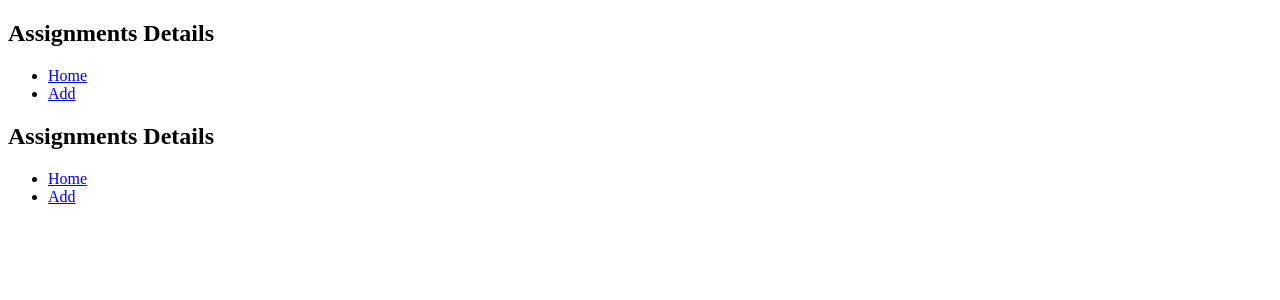
Repository: jmbburg26/ASD
Page: asdcouch/app/_attachments/assignment.html
An editor plug-in stored every save of this project. The page is shown before and after the next save, followed by the edit.
The browser window is 1280 px wide. The pictures show the whole page.

Above is the page before, as saved 2013-05-02 16:31:13.

### asdcouch/app/_attachments/assignment.html
<!DOCTYPE html>
<html>
	<head>
		<meta charset="utf-8" />
		<title>Saved Assignment</title>
	</head>
	<body>
		<!--View Item Page-->
		<div id="view" data-role="page" data-add-back-btn="true">
			<section data-role="header" data-position="fixed">
				<header>
					<h1>Assignments Details</h1>
				</header>
			</section>
			<div data-role="content" class="ui-body">
				<ul id="savedList" data-role="listview">
				</ul>
			</div>
			<div data-role="footer" data-position="fixed" data-id="home" data-theme="b">
				<div data-role="navbar">
					<ul>
						<li><a href="#home" data-icon="home">Home</a></li>
						<li><a href="#add" data-icon="plus">Add</a></li>
					</ul>
				</div>
			</div>
		</div>

		<!--Edit Item Page-->
		<div id="edit" data-role="page" data-add-back-btn="true">
			<section data-role="header" data-position="fixed">
				<header>
					<h1>Assignments Details</h1>
				</header>
			</section>
			<div data-role="content" class="ui-body">
				<ul id="subjectList" data-role="listview">
				</ul>
			</div>
			<div data-role="footer" data-position="fixed" data-id="home" data-theme="b">
				<div data-role="navbar">
					<ul>
						<li><a href="#home" data-icon="home">Home</a></li>
						<li><a href="#add" data-icon="plus">Add</a></li>
					</ul>
				</div>
			</div>
		</div>
	</body>
</html>

After the next save:
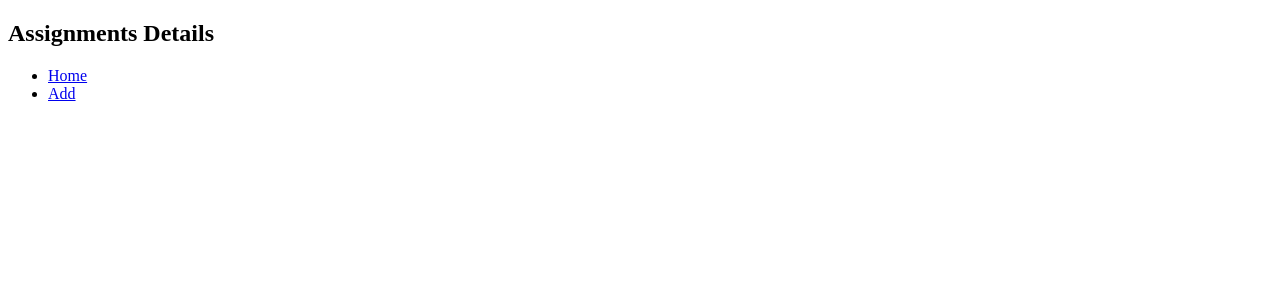
Saved 11 s later.
--- a/asdcouch/app/_attachments/assignment.html
+++ b/asdcouch/app/_attachments/assignment.html
@@ -5,27 +5,6 @@
 		<title>Saved Assignment</title>
 	</head>
 	<body>
-		<!--View Item Page-->
-		<div id="view" data-role="page" data-add-back-btn="true">
-			<section data-role="header" data-position="fixed">
-				<header>
-					<h1>Assignments Details</h1>
-				</header>
-			</section>
-			<div data-role="content" class="ui-body">
-				<ul id="savedList" data-role="listview">
-				</ul>
-			</div>
-			<div data-role="footer" data-position="fixed" data-id="home" data-theme="b">
-				<div data-role="navbar">
-					<ul>
-						<li><a href="#home" data-icon="home">Home</a></li>
-						<li><a href="#add" data-icon="plus">Add</a></li>
-					</ul>
-				</div>
-			</div>
-		</div>
-
 		<!--Edit Item Page-->
 		<div id="edit" data-role="page" data-add-back-btn="true">
 			<section data-role="header" data-position="fixed">
@@ -34,7 +13,7 @@
 				</header>
 			</section>
 			<div data-role="content" class="ui-body">
-				<ul id="subjectList" data-role="listview">
+				<ul id="subjectlist" data-role="listview">
 				</ul>
 			</div>
 			<div data-role="footer" data-position="fixed" data-id="home" data-theme="b">
